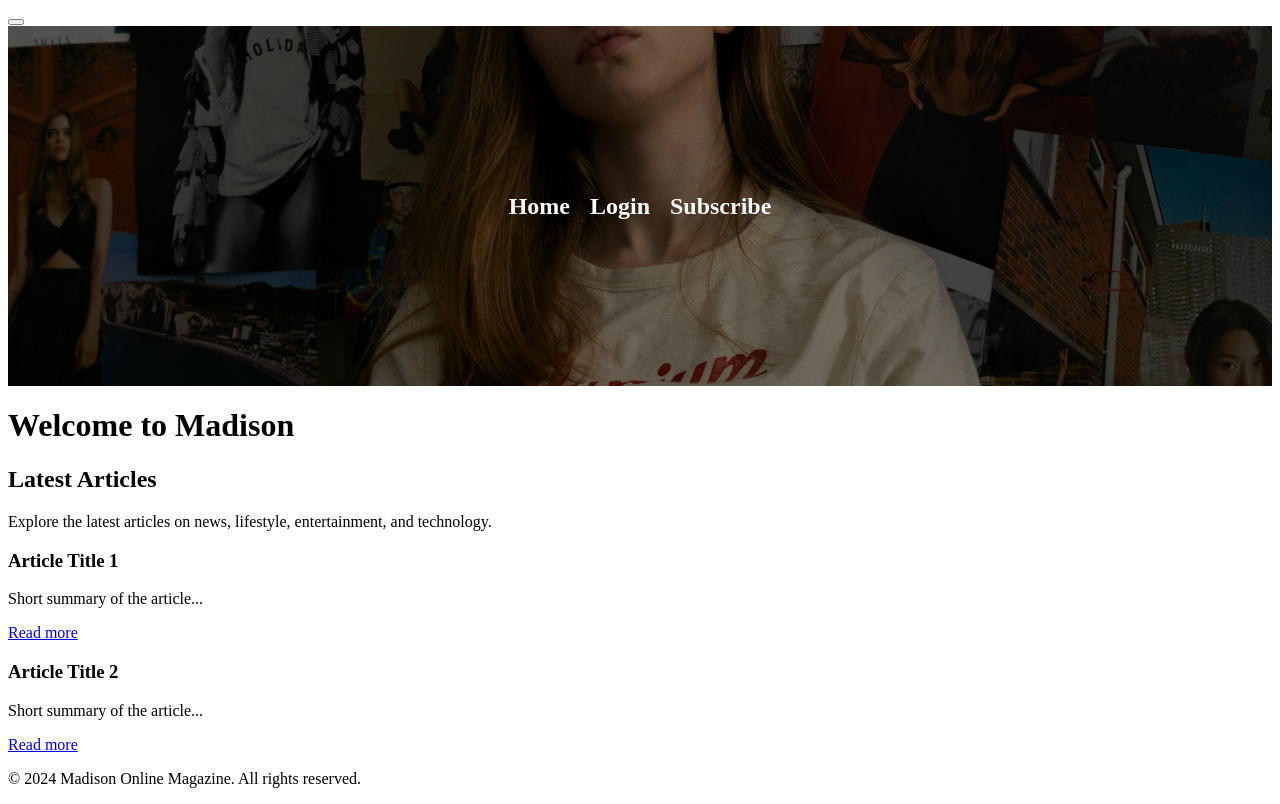
Repository: Anukb/Madison-Magazine-
Page: http://localhost/
An editor plug-in stored every save of this project. The page is shown before and after a run of saves, followed by the edit.
The browser window is 1280 px wide. The pictures show the whole page.
The page is served by the project's application, run on Django 5.2 (manage.py).

Above is the page before, as saved 2024-08-13 06:13:10.

After the next 2 saves:
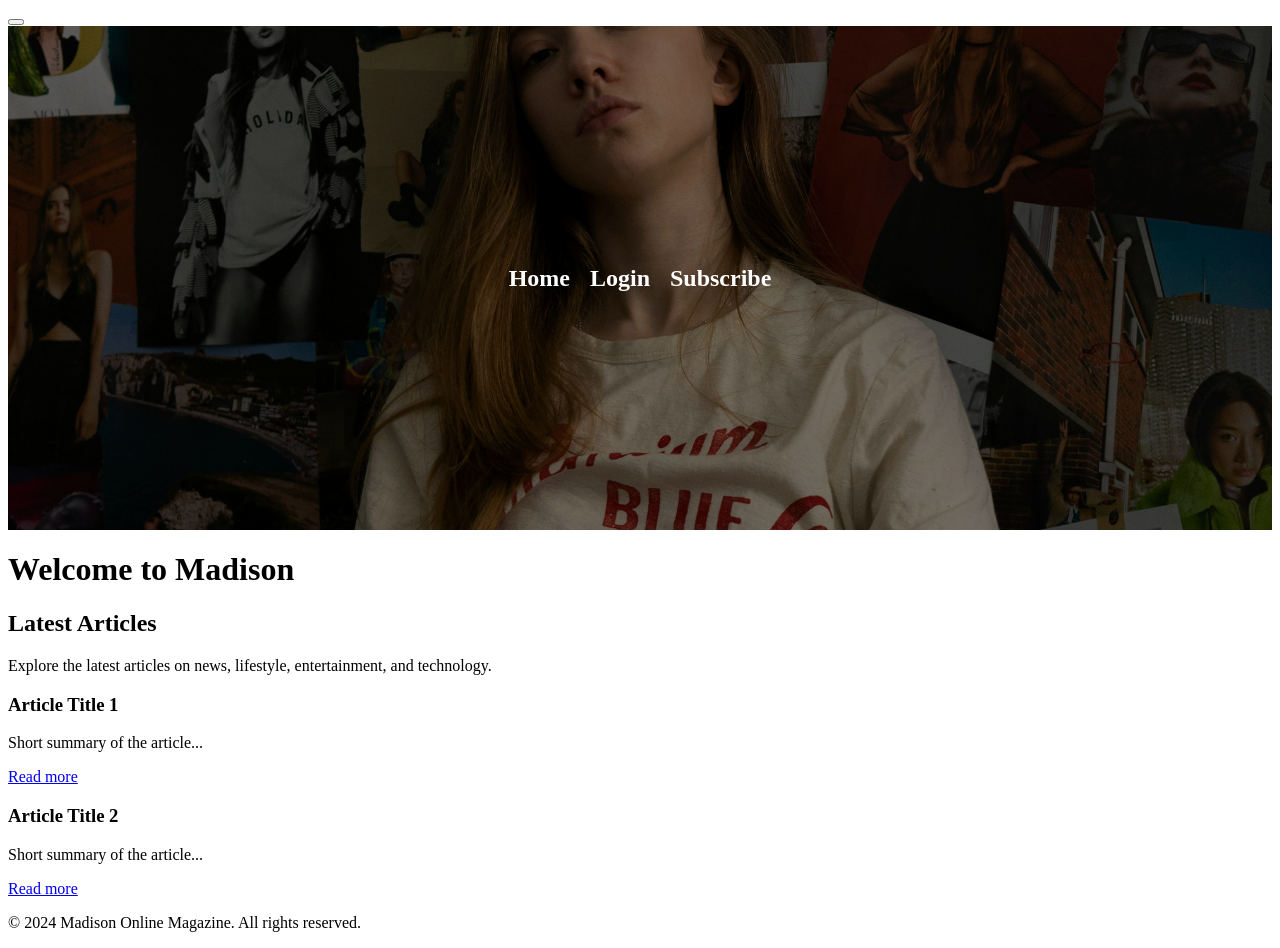
The 2 saves are shown as one change because they came seconds apart.
The last was saved 94 s later.
--- a/magazinep/static/css/style.css
+++ b/magazinep/static/css/style.css
@@ -1,7 +1,7 @@
-/* Image container covering half the screen */
+/* Image container covering more of the screen */
 .image-container {
     position: relative;
-    height: 50vh; /* Adjust height as needed */
+    height: 70vh; /* Adjust height to 70% of the viewport height */
     overflow: hidden;
 }
 
@@ -21,9 +21,16 @@
     width: 100%;
     height: 100%;
     display: flex;
+    flex-direction: column;
     justify-content: center;
     align-items: center;
     background: rgba(0, 0, 0, 0.5); /* Optional: dark overlay for better text visibility */
+}
+
+.welcome-message {
+    color: #fff; /* Text color */
+    text-align: center;
+    margin-bottom: 20px; /* Space between welcome message and nav links */
 }
 
 .overlay-nav ul {
